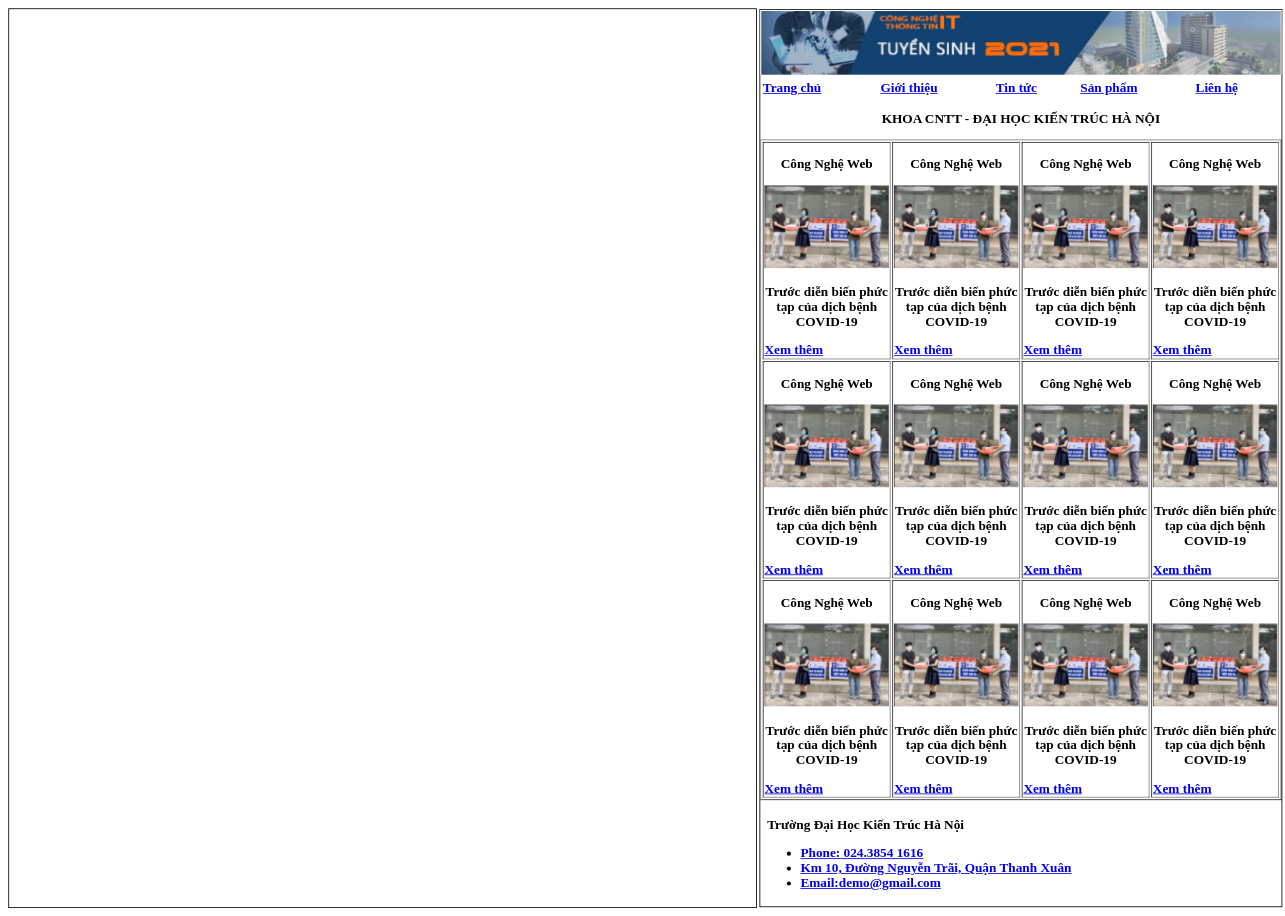
Repository: longtn213/Frond_end_HTML-CSS
Page: Front-End/Demohtml/baitapbuoi2.html
These files come from the project's save history. The page is drawn as it stood at one moment and after a run of saves; the edit follows.
The browser window is 1280 px wide. The page is 1548 px wide, then 1280 px, so the pictures cover 1548 px, including what lies to the right of the window. The pictures show the whole page, at 83% of full size.

Above is the page before, as saved 2021-09-09 14:52:19.

### Front-End/Demohtml/baitapbuoi2.html
<!DOCTYPE html>
<html>

<head>
	<meta charset="utf-8">
	<title>Bai tap</title>
	<style type="text/css">
		bdy {
			width: 30%;
			margin: 0 auto;
		}
	</style>
</head>

<body>
	<table>
		<tr>
			<th style="border: 1px solid #000; padding: 1px 450px;"></th>
			<th>
				<center style="border: 1px solid #000;">
					<img class="anhtop" width="628px" src="./img/slider.png"">

					<br>
					<center >
						<table width=" 628px">
					<tr>
						<td>
							<a href="#">Trang chủ</a>
						</td>
						<td>
							<a href="#">Giới thiệu</a>
						</td>
						<td>
							<a href="#">Tin tức</a>
						</td>
						<td>
							<a href="#">Sản phẩm</a>
						</td>
						<td>
							<a href="#">Liên hệ</a>
						</td>
					</tr>
					</table>
					</center>



					<center>
					<p>
						<b>
							KHOA CNTT - ĐẠI HỌC KIẾN TRÚC HÀ NỘI
						</b>
					</p>
					<table width="100px" border="1">
						<tr>
							<td>
								<center>
									<p>
										<b>Công Nghệ Web</b>
									</p>
									<img src="/img/img1.png" width="150px" height="100px"><br>
									<p>
										Trước diễn biến phức tạp của dịch bệnh COVID-19
									</p>
								</center>
								<a href="#">Xem thêm</a>
							</td>
							<td>
								<center>
									<p>
										<b>Công Nghệ Web</b>
									</p>
									<img src="/img/img1.png" width="150px" height="100px"><br>
									<p>
										Trước diễn biến phức tạp của dịch bệnh COVID-19
									</p>
								</center>
								<a href="#">Xem thêm</a>
							</td>
							<td>
								<center>
									<p>
										<b>Công Nghệ Web</b>
									</p>
									<img src="/img/img1.png" width="150px" height="100px"><br>
									<p>
										Trước diễn biến phức tạp của dịch bệnh COVID-19
									</p>
								</center>
								<a href="#">Xem thêm</a>
							</td>
							<td>
								<center>
									<p>
										<b>Công Nghệ Web</b>
									</p>
									<img src="/img/img1.png" width="150px" height="100px"><br>
									<p>
										Trước diễn biến phức tạp của dịch bệnh COVID-19
									</p>
								</center>
								<a href="#">Xem thêm</a>
							</td>
						</tr>
						<tr>
							<td>
								<center>
									<p>
										<b>Công Nghệ Web</b>
									</p>
									<img src="/img/img1.png" width="150px" height="100px"><br>
									<p>
										Trước diễn biến phức tạp của dịch bệnh COVID-19
									</p>
								</center>
								<a href="#">Xem thêm</a>
							</td>
							<td>
								<center>
									<p>
										<b>Công Nghệ Web</b>
									</p>
									<img src="/img/img1.png" width="150px" height="100px"><br>
									<p>
										Trước diễn biến phức tạp của dịch bệnh COVID-19
									</p>
								</center>
								<a href="#">Xem thêm</a>
							</td>
							<td>
								<center>
									<p>
										<b>Công Nghệ Web</b>
									</p>
									<img src="/img/img1.png" width="150px" height="100px"><br>
									<p>
										Trước diễn biến phức tạp của dịch bệnh COVID-19
									</p>
								</center>
								<a href="#">Xem thêm</a>
							</td>
							<td>
								<center>
									<p>
										<b>Công Nghệ Web</b>
									</p>
									<img src="/img/img1.png" width="150px" height="100px"><br>
									<p>
										Trước diễn biến phức tạp của dịch bệnh COVID-19
									</p>
								</center>
								<a href="#">Xem thêm</a>
							</td>
						</tr>
						<tr>
							<td>
								<center>
									<p>
										<b>Công Nghệ Web</b>
									</p>
									<img src="/img/img1.png" width="150px" height="100px"><br>
									<p>
										Trước diễn biến phức tạp của dịch bệnh COVID-19
									</p>
								</center>
								<a href="#">Xem thêm</a>
							</td>
							<td>
								<center>
									<p>
										<b>Công Nghệ Web</b>
									</p>
									<img src="/img/img1.png" width="150px" height="100px"><br>
									<p>
										Trước diễn biến phức tạp của dịch bệnh COVID-19
									</p>
								</center>
								<a href="#">Xem thêm</a>
							</td>
							<td>
								<center>
									<p>
										<b>Công Nghệ Web</b>
									</p>
									<img src="/img/img1.png" width="150px" height="100px"><br>
									<p>
										Trước diễn biến phức tạp của dịch bệnh COVID-19
									</p>
								</center>
								<a href="#">Xem thêm</a>
							</td>
							<td>
								<center>
									<p>
										<b>Công Nghệ Web</b>
									</p>
									<img src="/img/img1.png" width="150px" height="100px"><br>
									<p>
										Trước diễn biến phức tạp của dịch bệnh COVID-19
									</p>
								</center>
								<a href="#">Xem thêm</a>
							</td>
						</tr>
					</table>
					<br>
					<table width="628px">
						<tr>
							<td colspan="3">
							</td>
							<td colspan="2">
								<b>Trường Đại Học Kiến Trúc Hà Nội</b>
								<ul>
									<li>
										<a href="#">Phone: 024.3854 1616</a>
									</li>
									<li>
										<a href="#">Km 10, Đường Nguyễn Trãi, Quận Thanh Xuân</a>
									</li>
									<li>
										<a href="#">Email:demo@gmail.com</a>
									</li>
								</ul>
							</td>
						</tr>
					</table>
					</center>
				</center>
			</th>
		</tr>
	</table>






</body>

</html>

After the next 2 saves:
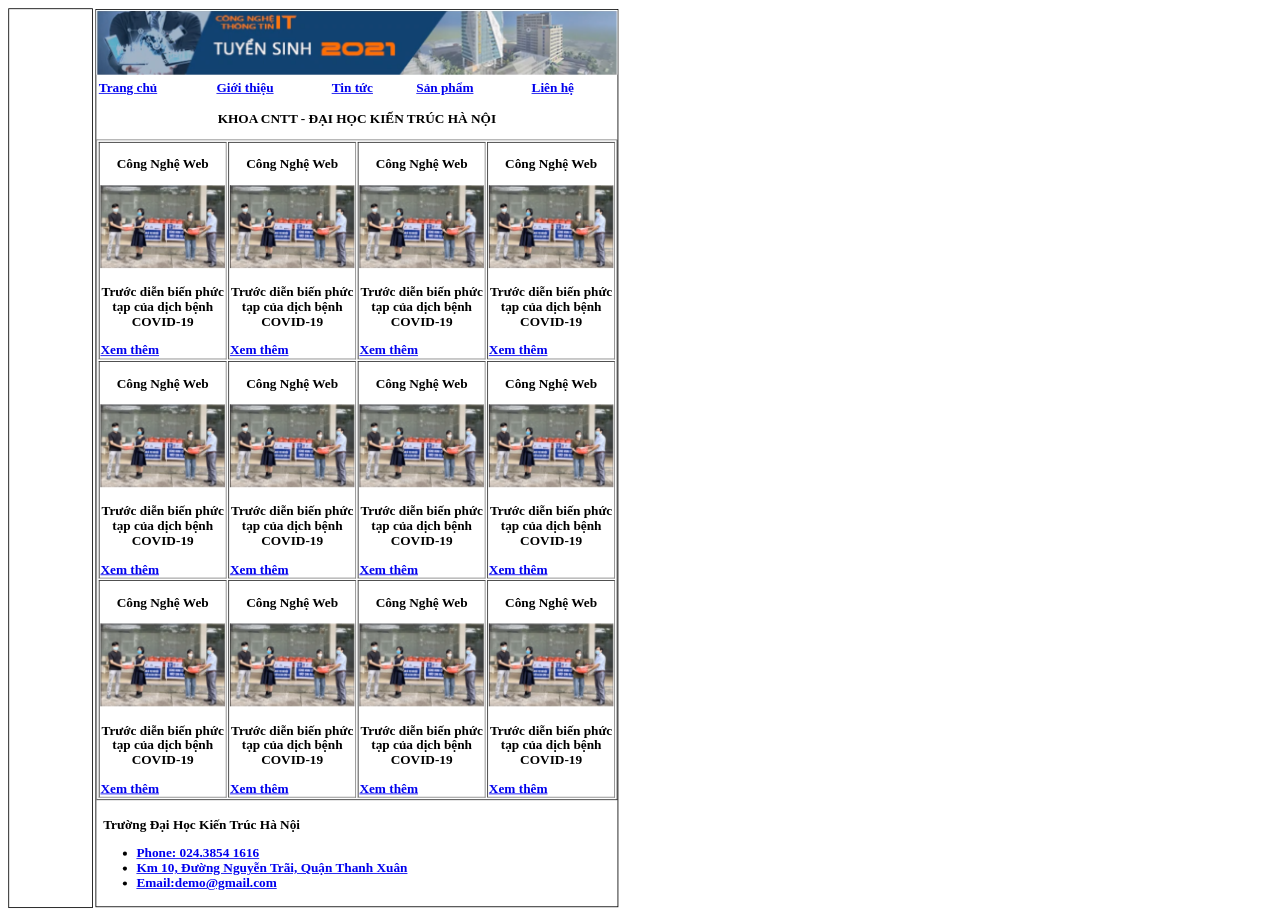
The 2 saves are shown as one change because they came seconds apart.
The last was saved 45 s later.
--- a/Front-End/Demohtml/baitapbuoi2.html
+++ b/Front-End/Demohtml/baitapbuoi2.html
@@ -15,7 +15,7 @@
 <body>
 	<table>
 		<tr>
-			<th style="border: 1px solid #000; padding: 1px 450px;"></th>
+			<th style="border: 1px solid #000; padding: 1px 50px;"></th>
 			<th>
 				<center style="border: 1px solid #000;">
 					<img class="anhtop" width="628px" src="./img/slider.png"">
